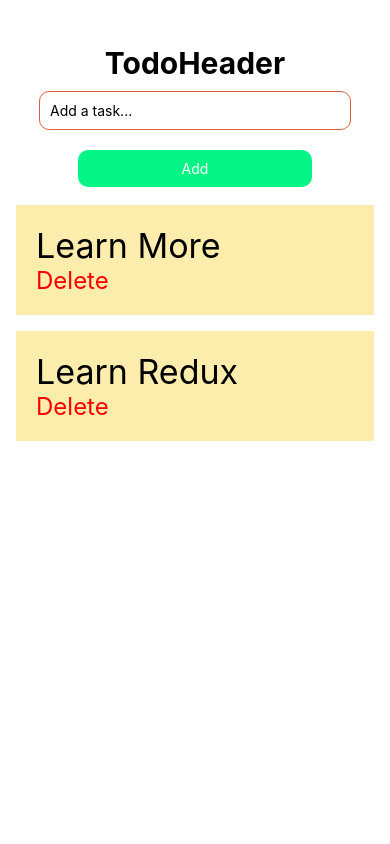
Repository: itadori17/Redux-Todo
Screen: /
These files come from the project's save history. The screen is drawn as it stood at one moment and after a run of saves; the edit follows.
The app was drawn by React Native's web renderer in a window 390 px wide. The project was rebuilt for these pictures with package versions that can differ from the ones it lists, and the page was loaded fresh each time.

Above is the screen before, as saved 2022-08-16 16:51:55.

### App.js
import { StatusBar } from 'expo-status-bar';
import { StyleSheet, Text, View, SafeAreaView } from 'react-native';

//importing Todo
import TodoHeader from './src/components/TodoHeader';
//importing Todolist
import TodoList from './src/components/TodoList';
export default function App() {

  const RootApp = () => {
    return (
      <SafeAreaView>
        <TodoHeader/>
        <TodoList/>
      </SafeAreaView>
    );
  };

  return (
    <View>
      <RootApp/>
    </View>
  );
}

### src/components/TodoHeader.js
import { StyleSheet, Text, TextInput, TouchableOpacity, View } from 'react-native';
import React, {useState} from 'react';

const TodoHeader = () => {

    const [todo, setTodo] = useState('');

    return (
        <View>
            <Text style={{
                fontSize: 30,
                fontWeight: 'bold',
                textAlign: 'center',
                marginTop: 45,
            }}
            >
             TodoHeader
                </Text>
                <View
                    style={{
                        justifyContent: 'center',
                        alignItems: 'center',
                    }}
                >
                <TextInput
                    style={{
                        borderColor: '#DE603A',
                        borderWidth: 1,
                        padding: 10,
                        margin: 10,
                        width: '80%',
                        borderRadius: 10,
                    }}
                    placeholder="Add a task..."
                    onChangeText={(text) => setTodo(text)}
                    value={todo}
                />
                <TouchableOpacity
                style={{
                    backgroundColor: '#04F585',
                    padding: 10,
                    margin: 10,
                    width: '60%',
                    borderRadius: 10,
                    alignItems: 'center',

                }}
                onPress={() => {
                    setTodo('');
                }}
                >
                    <Text style={{ color: 'white' }} >Add</Text>
                </TouchableOpacity>
                </View>
        </View>
    );
};

export default TodoHeader;

const styles = StyleSheet.create({

});

### src/components/TodoList.js
import { FlatList, StyleSheet, Text, TouchableOpacity, View } from 'react-native'
import React from 'react'

const data = [
    {
        id: 1,
        title: "Learn More",
    },
    {
        id: 2,
        title: "Learn Redux",
    },

]

const renderItem = ({ item } )=> {
    return (
        <View style={styles.item}>
            <Text style={styles.title}>{item.title}</Text>
            <TouchableOpacity>

            </TouchableOpacity>
            <Text style={styles.delete}>Delete</Text>
        </View>
    )
}

const TodoList = () => {
  return (
    <View>

      <FlatList
      data={data}
      renderItem={renderItem}
      keyExtractor={(item) => item.id.toString()}
      />

    </View>
  )
}

export default TodoList

const styles = StyleSheet.create({
    item: {
        backgroundColor: '#FCEDAD',
        padding: 20,
        marginVertical: 8,
        marginHorizontal: 16,
    },
    title: {
        fontSize: 34,
    },
    delete: {
        fontSize: 24,
        color: 'red',
    }
})

After the next 2 saves:
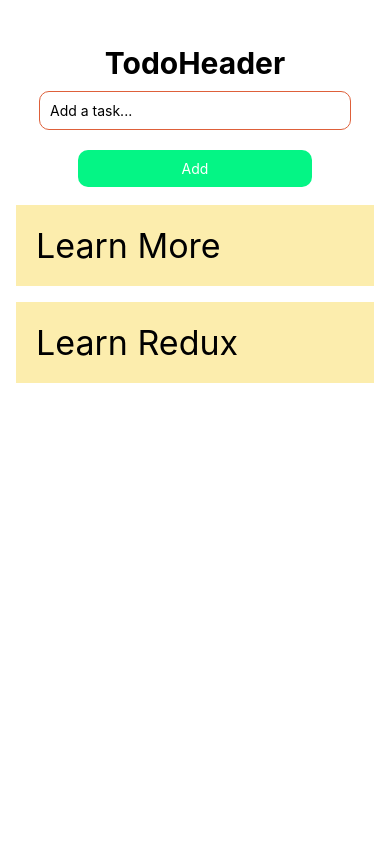
The 2 saves are shown as one change because they came seconds apart.
The last was saved 10 s later.
--- a/src/components/TodoList.js
+++ b/src/components/TodoList.js
@@ -20,7 +20,7 @@
             <TouchableOpacity>
 
             </TouchableOpacity>
-            <Text style={styles.delete}>Delete</Text>
+
         </View>
     )
 }

After the 2 saves that followed:
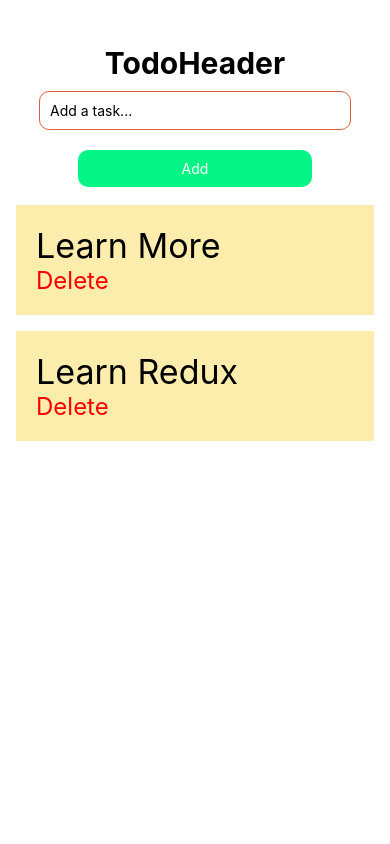
The 2 saves are shown as one change because they came seconds apart.
The last was saved 7 s later.
--- a/src/components/TodoList.js
+++ b/src/components/TodoList.js
@@ -18,7 +18,7 @@
         <View style={styles.item}>
             <Text style={styles.title}>{item.title}</Text>
             <TouchableOpacity>
-
+            <Text style={styles.delete}>Delete</Text>
             </TouchableOpacity>
 
         </View>
